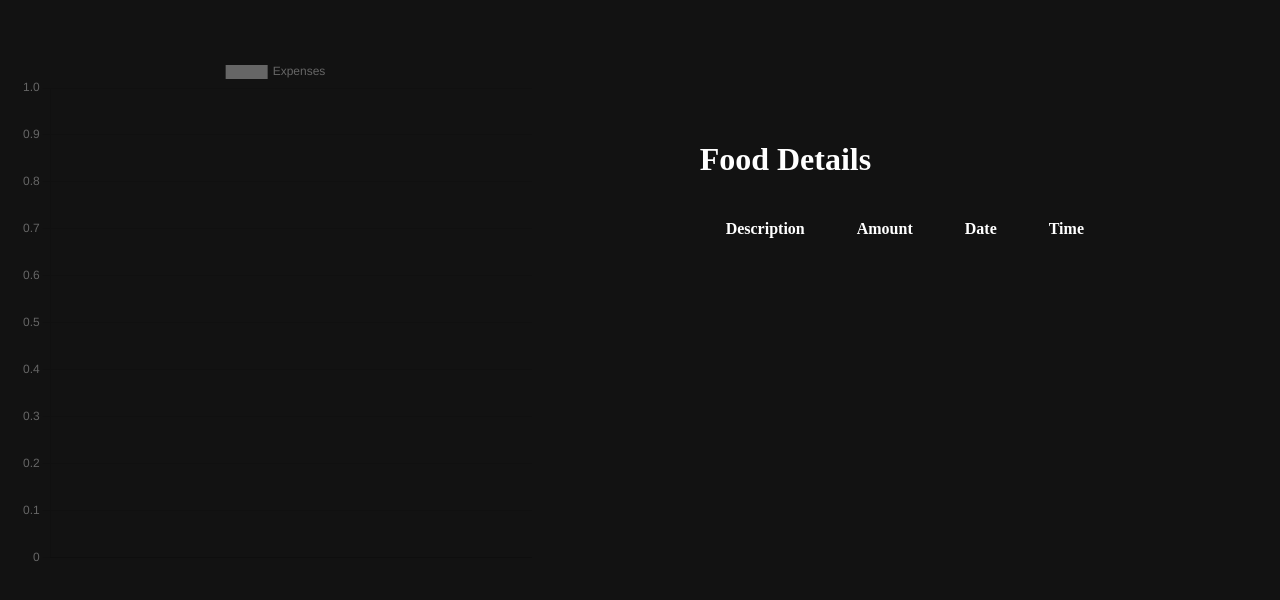
Repository: sarthak-tyagi123/expensetracker12
Page: http://localhost/food_insights
These files come from the project's save history. The page is drawn as it stood at one moment and after a run of saves; the edit follows.
The browser window is 1280 px wide. The pictures show the whole page.
The page is served by the project's Node server (app.js).

Above is the page before, as saved 2025-07-01 16:54:42.

### views/food_insights.ejs
<!DOCTYPE html>
<html lang="en">
<head>
    <meta charset="UTF-8">
    <meta name="viewport" content="width=device-width, initial-scale=1.0">
    <title>Food Insights</title>
    <style>


    body{

      margin: 0;
      padding: 0;
      background-color: #121212;
    }


      .span_box{
      display: flex;
      justify-content: center;
      align-items: center;
      height: 40%;
      width: 40%;
      margin: 20px;


    }


.span3 {
  position: absolute;
  top:120px;
  right:170px;
  padding: 20px;
  color: white;
  max-height: 550px;
  overflow-y: auto;
  padding: 10px;
  scrollbar-width: thin;
  scrollbar-color: black transparent;

}

table {
  color: white;
  width: 100%;
  border-collapse: collapse;
}

th, td {
  padding: 20px 26px;
  text-align: center;

}

.span2{
    position: absolute;
  top:120px;
  right:170px;
}



.heading{
  color: white;
}




    </style>
</head>
<body>

<br><br>
<span class="span_box">


<canvas id="myChart" width="400px" height="400px"></canvas>


<script src="https://cdn.jsdelivr.net/npm/chart.js"></script>

<script>
  const labels = <%- JSON.stringify(data.map(e => e.description)) %>;
  const amounts = <%- JSON.stringify(data.map(e => Number(e.amount))) %>;

  function getRandomColor(opacity = 0.6) {
    const r = Math.floor(Math.random() * 256);
    const g = Math.floor(Math.random() * 256);
    const b = Math.floor(Math.random() * 256);
    return `rgba(${r}, ${g}, ${b}, ${opacity})`;
  }

  // Generate random background and border colors for each bar
  const backgroundColors = amounts.map(() => getRandomColor(0.6));
  const borderColors = backgroundColors.map(bg => bg.replace(/[\d\.]+\)$/g, '1)'));


  const ctx = document.getElementById('myChart');




  new Chart(ctx, {
    type: 'bar',
    data: {
      labels: labels,
      datasets: [{
        label: 'Expenses',
        data: amounts,
        backgroundColor: backgroundColors,
        borderColor: borderColors,
        borderWidth: 2
      }]
    },
    options: {
      responsive: true,
      scales: {
        y: {
          beginAtZero: true
        }
      }
    }
  });
</script>
 </span>


 <span class="span2">

<h1 class="heading">Food Details</h1>
<table >
  <tr>
    <th>Description</th>
    <th>Amount</th>
    <th>Date</th>
    <th>Time</th>
  </tr>
</table>

</span>

 <span class="span3">


<table>

  <% for(let item of data) { %>
    <tr>
      <td><%= item.description %></td>
      <td><%= item.amount %></td>
      <td><%= item.date %></td>
      <td><%= item.time %></td>
    </tr>
  <% } %>
</table>

</span>
</body>
</html>

### app.js
let express=require("express");
let app=express();
app.use(express.urlencoded({ extended: true }));
app.set("view engine",'ejs');

const path=require("path");
app.use(express.static(path.join(__dirname, 'public')));


app.get("/",function(req,res){
    res.render("home.ejs");
})


const transaction_data=[];
app.post("/transactions",function(req,res){
    const {date,time,amount,category,description } = req.body;
    transaction_data.push({date,time,amount,category,description});
    res.render("transactions.ejs",{data:transaction_data || []});
})

// to get the data from transaction page to insights(category)

app.get("/insights", function (req, res) {

  let categoryAmount_result = {};

  for (let txn of transaction_data) {
    let category = txn.category;
    let amount = parseFloat(txn.amount);

    if (categoryAmount_result [category]) {
      categoryAmount_result [category] += amount;
    } else {
      categoryAmount_result [category] = amount;
    }
  }

  res.render("insights.ejs", { data: categoryAmount_result ,});
});





// to get the data from transaction page to food_insights

app.get("/food_insights", function(req, res) {
  let foodData = [];

  for (let txn of transaction_data) {
    if (txn.category.toLowerCase() === 'food') {
      foodData.push({
        description: txn.description,
        amount: parseFloat(txn.amount),
        date: txn.date,
        time: txn.time
      });
    }
  }

  res.render("food_insights.ejs", { data: foodData });
});





app.listen(3000);

After the next 3 saves:
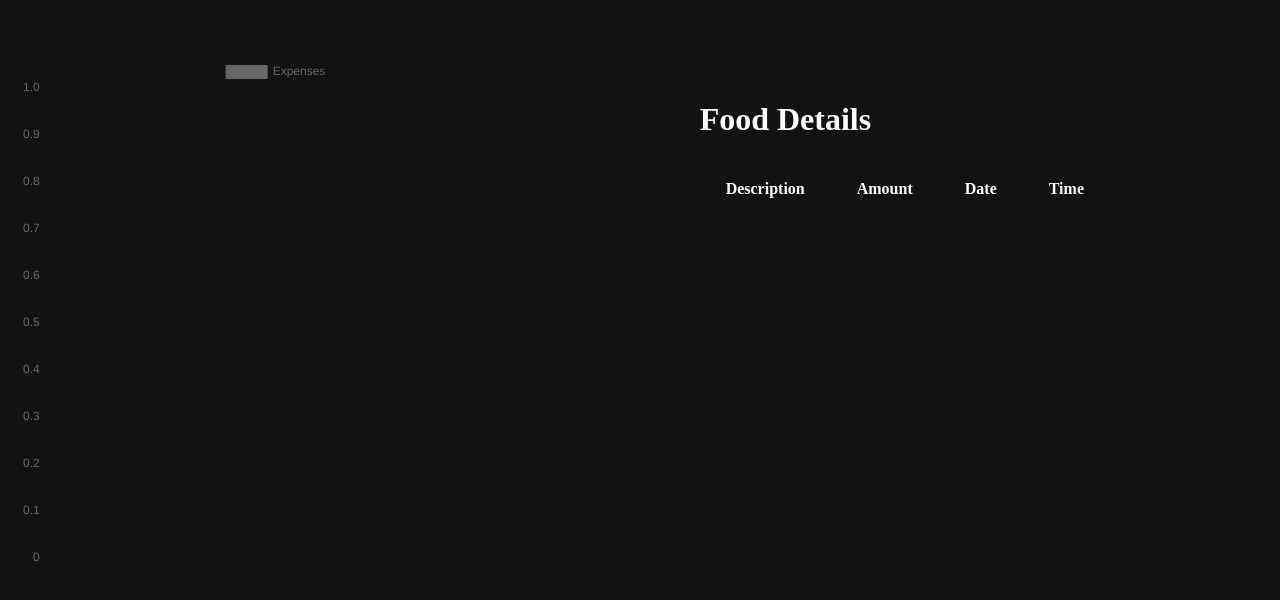
The 3 saves are shown as one change because they came seconds apart.
The last was saved 21 s later.
--- a/views/food_insights.ejs
+++ b/views/food_insights.ejs
@@ -54,8 +54,8 @@ th, td {
 }
 
 .span2{
-    position: absolute;
-  top:120px;
+  position: absolute;
+  top:80px;
   right:170px;
 }
 
